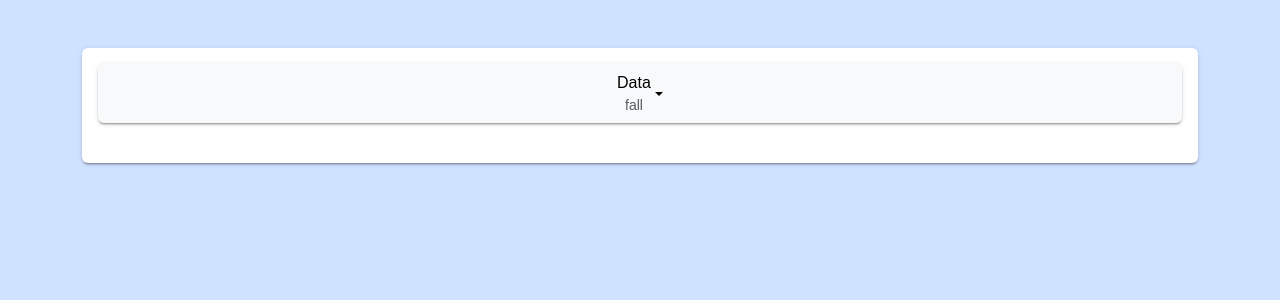
Repository: chancellor-w-whitaker/trying-context
Page: /
The author's editor kept a copy of each file at every save. The page is drawn from the files as they stood at one save, then again after the next save.
The browser window is 1280 px wide. The pictures show the whole page.
The page's requests for data from a server got no answer. Some web fonts or font styles are not loaded; a fallback is used. The project was rebuilt for these pictures with package versions that can differ from the ones it lists, and the page was loaded fresh each time. No one was signed in, and anything a server would have sent is missing. Also part of the build but not shown: vite.config.js.

Above is the page before, as saved 2024-01-14 16:13:02.

### src/main.jsx
// Bootstrap Bundle JS
import "bootstrap/dist/js/bootstrap.bundle.min";
// Bootstrap CSS
import "bootstrap/dist/css/bootstrap.min.css";
import ReactDOM from "react-dom/client";
import React from "react";

import { AppContextProvider } from "./AppContextProvider.jsx";
import { Container } from "./components/Container.jsx";
import App from "./App.jsx";
import "./index.css";

ReactDOM.createRoot(document.getElementById("root")).render(
  <React.StrictMode>
    <Container>
      <AppContextProvider>
        <App />
      </AppContextProvider>
    </Container>
  </React.StrictMode>
);

### src/AppContextProvider.jsx
import { startTransition, useCallback, useState, useMemo } from "react";

import { comparePreviousColumnFilters } from "./functions/comparePreviousColumnFilters";
import { returnColsWithValuesAndType } from "./functions/returnColsWithValuesAndType";
import { buildRelevantColumnFilters } from "./functions/buildRelevantColumnFilters";
import { useBodyBgVariant } from "./hooks/useBodyBgVariant";
import { AppContext } from "./contexts/AppContext";
import { fileNames } from "./constants/fileNames";
import { useJSON } from "./hooks/useJSON";

export const AppContextProvider = ({ children }) => {
  const value = useProvideGlobally();

  return <AppContext.Provider value={value}>{children}</AppContext.Provider>;
};

const useProvideGlobally = () => {
  useBodyBgVariant("primary-subtle");

  const [fileName, setFileName] = useState(fileNames[0].id);
  const [columnFilters, setColumnFilters] = useState({});

  const onFileChange = useCallback(
    ({ target: { value } }) => startTransition(() => setFileName(value)),
    [setFileName]
  );

  const onColumnFilterChange = useCallback(
    ({ target: { name: field, value } }) =>
      startTransition(() =>
        setColumnFilters((previousState) => {
          // destructure top object (looks like { field1: {}, field2: {}, ... })
          const nextState = { ...previousState };
          // destructure field object (looks like { checklist: {}, relevant })
          nextState[field] = { ...nextState[field] };
          // destructure checklist (looks like { value1: {}, value2: {}, ... })
          nextState[field].checklist = { ...nextState[field].checklist };

          const { relevant, checked } = nextState[field].checklist[value];
          // create new object for value and flip checked state
          nextState[field].checklist[value] = { checked: !checked, relevant };

          return nextState;
        })
      ),
    []
  );

  const onBeforeEnd = useCallback((json, setResult) => {
    const columns = returnColsWithValuesAndType(json);

    setColumnFilters((previousColumnFilters) => {
      const relevantColumnFilters = buildRelevantColumnFilters(columns);

      comparePreviousColumnFilters(
        previousColumnFilters,
        relevantColumnFilters
      );

      return relevantColumnFilters;
    });

    // object that maps key (field) to checklist
    // checklist: { type, list }
    // field (string)
    // type (string) ("checkbox" or "radio")
    // list: [{}, {}, {}] (or what about an object that maps value to item state? that might solve indexing issues deriving from managing arrays in state)
    // list element: { value, checked, disabled (or relevant, or just something to describe relevance to dataset) }

    // in the future, may need something to describe relevance to filtered dataset
    // remember, this operation doesn't have to be run until you close (or maybe even open) a checklist
    // and what about sorting a list by relevance when opening a checklist? should this be a stateful or visual operation?
    // making it stateful would probably make updating the state of the item easier because the item's index in the list wouldn't change

    setResult(json);
  }, []);

  const data = useJSON(`data/${fileName}.json`, onBeforeEnd);

  const dropdownMenuStyle = useMemo(() => ({ maxHeight: 300 }), []);

  return {
    onColumnFilterChange,
    dropdownMenuStyle,
    columnFilters,
    onFileChange,
    fileName,
    data,
  };
};

### src/components/Container.jsx
export const Container = ({ children }) => {
  return (
    <>
      <main className="container">
        <div className="my-3 p-3 bg-body rounded shadow-sm">{children}</div>
      </main>
    </>
  );
};

### src/App.jsx
import {
  DropdownButton,
  ListGroupItem,
  DropdownMenu,
  ListGroup,
  Dropdown,
} from "./components/ListComps";
import { useAppContext } from "./hooks/useAppContext";
import { toTitleCase } from "./functions/toTitleCase";
import { fileNames } from "./constants/fileNames";
import "./App.css";

const App = () => {
  const {
    onColumnFilterChange,
    dropdownMenuStyle,
    columnFilters,
    onFileChange,
    fileName,
  } = useAppContext();

  return (
    <>
      <div className="d-flex flex-column gap-4">
        <div className="d-flex flex-wrap gap-3">
          <Dropdown className="col">
            <DropdownButton
              className="w-100 shadow-sm d-flex align-items-center justify-content-center"
              data-bs-auto-close="outside"
              variant="light"
            >
              <span>
                Data
                <small className="d-block text-body-secondary">
                  {fileName}
                </small>
              </span>
            </DropdownButton>
            <DropdownMenu
              className="shadow-sm overflow-y-scroll"
              style={dropdownMenuStyle}
            >
              <ListGroup className="list-group-flush">
                {fileNames.map(({ displayName, id }) => (
                  <ListGroupItem
                    checked={id === fileName}
                    onChange={onFileChange}
                    className="border-0"
                    type="radio"
                    name="file"
                    value={id}
                    key={id}
                  >
                    {displayName}
                  </ListGroupItem>
                ))}
              </ListGroup>
            </DropdownMenu>
          </Dropdown>
        </div>
        <div className="d-flex flex-wrap gap-3">
          {Object.entries(columnFilters).map(
            ([field, { relevant: fieldRelevance, checklist }]) =>
              fieldRelevance && (
                <Dropdown className="col" key={field}>
                  <DropdownButton
                    className="w-100 shadow-sm d-flex align-items-center justify-content-center"
                    data-bs-auto-close="outside"
                    variant="light"
                  >
                    {toTitleCase(field)}
                  </DropdownButton>
                  <DropdownMenu
                    className="shadow-sm overflow-y-scroll"
                    style={dropdownMenuStyle}
                  >
                    <ListGroup className="list-group-flush">
                      {Object.entries(checklist).map(
                        ([value, { relevant: valueRelevance, checked }]) => (
                          <ListGroupItem
                            className={`border-0${
                              !valueRelevance ? " opacity-50" : ""
                            }`}
                            onChange={onColumnFilterChange}
                            checked={checked}
                            type="checkbox"
                            value={value}
                            name={field}
                            key={value}
                          >
                            {value}
                          </ListGroupItem>
                        )
                      )}
                    </ListGroup>
                  </DropdownMenu>
                </Dropdown>
              )
          )}
        </div>
      </div>
    </>
  );
};

export default App;

### src/index.css
@font-face {
  font-family: poppins;
  font-style: normal;
  font-weight: 400;
  src: local("Poppins"),
    url(https://fonts.cdnfonts.com/s/16009/Poppins-Regular.woff) format("woff");
}
@font-face {
  font-family: poppins;
  font-style: normal;
  font-weight: 400;
  src: local("Poppins"),
    url(https://fonts.cdnfonts.com/s/16009/Poppins-Regular.woff) format("woff");
}
@font-face {
  font-family: poppins;
  font-style: italic;
  font-weight: 400;
  src: local("Poppins"),
    url(https://fonts.cdnfonts.com/s/16009/Poppins-Italic.woff) format("woff");
}
@font-face {
  font-family: poppins;
  font-style: italic;
  font-weight: 400;
  src: local("Poppins"),
    url(https://fonts.cdnfonts.com/s/16009/Poppins-Italic.woff) format("woff");
}
@font-face {
  font-family: poppins;
  font-style: normal;
  font-weight: 250;
  src: local("Poppins"),
    url(https://fonts.cdnfonts.com/s/16009/Poppins-Thin.woff) format("woff");
}
@font-face {
  font-family: poppins;
  font-style: normal;
  font-weight: 250;
  src: local("Poppins"),
    url(https://fonts.cdnfonts.com/s/16009/Poppins-Thin.woff) format("woff");
}
@font-face {
  font-family: poppins;
  font-style: italic;
  font-weight: 250;
  src: local("Poppins"),
    url(https://fonts.cdnfonts.com/s/16009/Poppins-ThinItalic.woff)
      format("woff");
}
@font-face {
  font-family: poppins;
  font-style: italic;
  font-weight: 250;
  src: local("Poppins"),
    url(https://fonts.cdnfonts.com/s/16009/Poppins-ThinItalic.woff)
      format("woff");
}
@font-face {
  font-family: poppins;
  font-style: normal;
  font-weight: 275;
  src: local("Poppins"),
    url(https://fonts.cdnfonts.com/s/16009/Poppins-ExtraLight.woff)
      format("woff");
}
@font-face {
  font-family: poppins;
  font-style: normal;
  font-weight: 275;
  src: local("Poppins"),
    url(https://fonts.cdnfonts.com/s/16009/Poppins-ExtraLight.woff)
      format("woff");
}
@font-face {
  font-family: poppins;
  font-style: italic;
  font-weight: 275;
  src: local("Poppins"),
    url(https://fonts.cdnfonts.com/s/16009/Poppins-ExtraLightItalic.woff)
      format("woff");
}
@font-face {
  font-family: poppins;
  font-style: italic;
  font-weight: 275;
  src: local("Poppins"),
    url(https://fonts.cdnfonts.com/s/16009/Poppins-ExtraLightItalic.woff)
      format("woff");
}
@font-face {
  font-family: poppins;
  font-style: normal;
  font-weight: 300;
  src: local("Poppins"),
    url(https://fonts.cdnfonts.com/s/16009/Poppins-Light.woff) format("woff");
}
@font-face {
  font-family: poppins;
  font-style: normal;
  font-weight: 300;
  src: local("Poppins"),
    url(https://fonts.cdnfonts.com/s/16009/Poppins-Light.woff) format("woff");
}
@font-face {
  font-family: poppins;
  font-style: italic;
  font-weight: 300;
  src: local("Poppins"),
    url(https://fonts.cdnfonts.com/s/16009/Poppins-LightItalic.woff)
      format("woff");
}
@font-face {
  font-family: poppins;
  font-style: italic;
  font-weight: 300;
  src: local("Poppins"),
    url(https://fonts.cdnfonts.com/s/16009/Poppins-LightItalic.woff)
      format("woff");
}
@font-face {
  font-family: poppins;
  font-style: normal;
  font-weight: 500;
  src: local("Poppins"),
    url(https://fonts.cdnfonts.com/s/16009/Poppins-Medium.woff) format("woff");
}
@font-face {
  font-family: poppins;
  font-style: normal;
  font-weight: 500;
  src: local("Poppins"),
    url(https://fonts.cdnfonts.com/s/16009/Poppins-Medium.woff) format("woff");
}
@font-face {
  font-family: poppins;
  font-style: italic;
  font-weight: 500;
  src: local("Poppins"),
    url(https://fonts.cdnfonts.com/s/16009/Poppins-MediumItalic.woff)
      format("woff");
}
@font-face {
  font-family: poppins;
  font-style: italic;
  font-weight: 500;
  src: local("Poppins"),
    url(https://fonts.cdnfonts.com/s/16009/Poppins-MediumItalic.woff)
      format("woff");
}
@font-face {
  font-family: poppins;
  font-style: normal;
  font-weight: 600;
  src: local("Poppins"),
    url(https://fonts.cdnfonts.com/s/16009/Poppins-SemiBold.woff) format("woff");
}
@font-face {
  font-family: poppins;
  font-style: normal;
  font-weight: 600;
  src: local("Poppins"),
    url(https://fonts.cdnfonts.com/s/16009/Poppins-SemiBold.woff) format("woff");
}
@font-face {
  font-family: poppins;
  font-style: italic;
  font-weight: 600;
  src: local("Poppins"),
    url(https://fonts.cdnfonts.com/s/16009/Poppins-SemiBoldItalic.woff)
      format("woff");
}
@font-face {
  font-family: poppins;
  font-style: italic;
  font-weight: 600;
  src: local("Poppins"),
    url(https://fonts.cdnfonts.com/s/16009/Poppins-SemiBoldItalic.woff)
      format("woff");
}
@font-face {
  font-family: poppins;
  font-style: normal;
  font-weight: 700;
  src: local("Poppins"),
    url(https://fonts.cdnfonts.com/s/16009/Poppins-Bold.woff) format("woff");
}
@font-face {
  font-family: poppins;
  font-style: normal;
  font-weight: 700;
  src: local("Poppins"),
    url(https://fonts.cdnfonts.com/s/16009/Poppins-Bold.woff) format("woff");
}
@font-face {
  font-family: poppins;
  font-style: italic;
  font-weight: 700;
  src: local("Poppins"),
    url(https://fonts.cdnfonts.com/s/16009/Poppins-BoldItalic.woff)
      format("woff");
}
@font-face {
  font-family: poppins;
  font-style: italic;
  font-weight: 700;
  src: local("Poppins"),
    url(https://fonts.cdnfonts.com/s/16009/Poppins-BoldItalic.woff)
      format("woff");
}
@font-face {
  font-family: poppins;
  font-style: normal;
  font-weight: 800;
  src: local("Poppins"),
    url(https://fonts.cdnfonts.com/s/16009/Poppins-ExtraBold.woff)
      format("woff");
}
@font-face {
  font-family: poppins;
  font-style: normal;
  font-weight: 800;
  src: local("Poppins"),
    url(https://fonts.cdnfonts.com/s/16009/Poppins-ExtraBold.woff)
      format("woff");
}
@font-face {
  font-family: poppins;
  font-style: italic;
  font-weight: 800;
  src: local("Poppins"),
    url(https://fonts.cdnfonts.com/s/16009/Poppins-ExtraBoldItalic.woff)
      format("woff");
}
@font-face {
  font-family: poppins;
  font-style: italic;
  font-weight: 800;
  src: local("Poppins"),
    url(https://fonts.cdnfonts.com/s/16009/Poppins-ExtraBoldItalic.woff)
      format("woff");
}
@font-face {
  font-family: poppins;
  font-style: normal;
  font-weight: 900;
  src: local("Poppins"),
    url(https://fonts.cdnfonts.com/s/16009/Poppins-Black.woff) format("woff");
}
@font-face {
  font-family: poppins;
  font-style: normal;
  font-weight: 900;
  src: local("Poppins"),
    url(https://fonts.cdnfonts.com/s/16009/Poppins-Black.woff) format("woff");
}
@font-face {
  font-family: poppins;
  font-style: italic;
  font-weight: 900;
  src: local("Poppins"),
    url(https://fonts.cdnfonts.com/s/16009/Poppins-BlackItalic.woff)
      format("woff");
}
@font-face {
  font-family: poppins;
  font-style: italic;
  font-weight: 900;
  src: local("Poppins"),
    url(https://fonts.cdnfonts.com/s/16009/Poppins-BlackItalic.woff)
      format("woff");
}

:root,
[data-bs-theme="light"] {
  --bs-font-sans-serif: "Poppins", sans-serif;

  --bs-box-shadow: 0px 3px 3px -2px rgba(0, 0, 0, 0.2),
    0px 3px 4px 0px rgba(0, 0, 0, 0.14), 0px 1px 8px 0px rgba(0, 0, 0, 0.12);
  --bs-box-shadow-sm: 0px 3px 1px -2px rgba(0, 0, 0, 0.2),
    0px 2px 2px 0px rgba(0, 0, 0, 0.14), 0px 1px 5px 0px rgba(0, 0, 0, 0.12);
  --bs-box-shadow-lg: 0px 2px 4px -1px rgba(0, 0, 0, 0.2),
    0px 4px 5px 0px rgba(0, 0, 0, 0.14), 0px 1px 10px 0px rgba(0, 0, 0, 0.12);
}

body {
  overflow-y: scroll;
}

### src/functions/comparePreviousColumnFilters.js
export const comparePreviousColumnFilters = (previousState, nextState) => {
  Object.entries(previousState).forEach(([field, { checklist }]) => {
    if (!(field in nextState)) {
      nextState[field] = {
        checklist: Object.fromEntries(
          Object.entries(checklist).map(([value, { checked }]) => [
            value,
            { relevant: false, checked },
          ])
        ),
        relevant: false,
      };
    } else {
      Object.entries(checklist).forEach(([value, { checked }]) => {
        const nextChecklist = nextState[field].checklist;

        if (value in nextChecklist) {
          nextChecklist[value].checked = checked;
        } else {
          nextChecklist[value] = { relevant: false, checked };
        }
      });
    }
  });
};

### src/functions/returnColsWithValuesAndType.js
const loopDataAndDeriveColProperties = (data) => {
  const fieldToColumn = {};

  data.forEach((row) => {
    Object.keys(row).forEach((field) => {
      if (!(field in fieldToColumn)) {
        fieldToColumn[field] = { values: new Set(), types: {} };
      }

      const { values, types } = fieldToColumn[field];

      const value = row[field];
      values.add(value);

      const type = typeof value;
      if (!(type in types)) types[type] = 0;
      types[type] += 1;
    });
  });

  return fieldToColumn;
};

export const returnColsWithValuesAndType = (data) => {
  const fieldToColumn = loopDataAndDeriveColProperties(data);

  return Object.entries(fieldToColumn).map(([field, { values, types }]) => ({
    type: Object.entries(types)
      .sort((arrA, arrB) => arrB[1] - arrA[1])
      .find(([type]) => type === "string" || type === "number")[0],
    values: [...values].sort(),
    field,
  }));
};

### src/functions/buildRelevantColumnFilters.js
export const buildRelevantColumnFilters = (columns) => {
  return Object.fromEntries(
    columns
      .filter(({ type }) => type === "string")
      .map(({ values, field }) => [
        field,
        {
          checklist: Object.fromEntries(
            values.map((value) => [value, { relevant: true, checked: true }])
          ),
          relevant: true,
        },
      ])
  );
};

### src/hooks/useBodyBgVariant.jsx
import { useEffect } from "react";

export const useBodyBgVariant = (variant) => {
  useEffect(() => {
    document.body.classList.add(`bg-${variant}`);

    return () => {
      document.body.classList.remove(`bg-${variant}`);
    };
  }, [variant]);
};

### src/constants/fileNames.js
export const fileNames = [
  { displayName: "Fall Enrollment", id: "fall" },
  { displayName: "Spring Enrollment", id: "spring" },
  { displayName: "Summer Enrollment", id: "summer" },
  { displayName: "Degrees Awarded", id: "degrees" },
  { displayName: "Retention Rates", id: "retention" },
  { displayName: "Graduation Rates", id: "graduation" },
  { displayName: "Credit Hours", id: "hours" },
];

### src/hooks/useJSON.jsx
import { useEffect } from "react";
import { useState } from "react";

export const useJSON = (url, onBeforeEnd) => {
  const [result, setResult] = useState(null);

  useEffect(() => {
    if (url) {
      let ignore = false;

      fetch(url)
        .then((response) => response.json())
        .then((json) => {
          if (!ignore) {
            typeof onBeforeEnd === "function"
              ? onBeforeEnd(json, setResult)
              : setResult(json);
          }
        });

      return () => {
        ignore = true;
      };
    }
  }, [url, onBeforeEnd]);

  return result;
};

### src/components/ListComps.jsx
import { memo } from "react";

export const Dropdown = ({ className = "", ...rest }) => {
  return (
    <>
      <div className={`dropdown ${className}`.trimEnd()} {...rest}></div>
    </>
  );
};

export const DropdownButton = memo(
  ({ variant = "secondary", className = "", ...rest }) => {
    return (
      <>
        <button
          className={`btn btn-${variant} dropdown-toggle ${className}`.trimEnd()}
          {...rest}
          data-bs-toggle="dropdown"
          aria-expanded="false"
          type="button"
        ></button>
      </>
    );
  }
);

DropdownButton.displayName = "DropdownButton";

export const DropdownMenu = ({ className = "", ...rest }) => {
  return (
    <>
      <ul className={`dropdown-menu ${className}`.trimEnd()} {...rest}></ul>
    </>
  );
};

export const ListGroup = ({ className = "", ...rest }) => {
  return (
    <>
      <div className={`list-group ${className}`.trimEnd()} {...rest}></div>
    </>
  );
};

export const ListGroupItem = memo(
  ({
    type = "checkbox",
    className = "",
    onChange,
    children,
    checked,
    value,
    name,
  }) => {
    return (
      <>
        <label
          className={`list-group-item d-flex gap-2 ${className}`.trimEnd()}
        >
          <input
            className="form-check-input flex-shrink-0"
            {...{ onChange, checked, value, type, name }}
          />
          <span>{children}</span>
        </label>
      </>
    );
  }
);

ListGroupItem.displayName = "ListGroupItem";

### src/hooks/useAppContext.jsx
import { useContext } from "react";

import { AppContext } from "../contexts/AppContext";

export const useAppContext = () => useContext(AppContext);

### src/functions/toTitleCase.js
import { Str } from "@supercharge/strings";

export const toTitleCase = (string) => Str(string).pascal().words().join(" ");

Loaded but not shown: index.html (common file); src/contexts/AppContext.jsx (common file); src/App.css (common file)

After the next save:
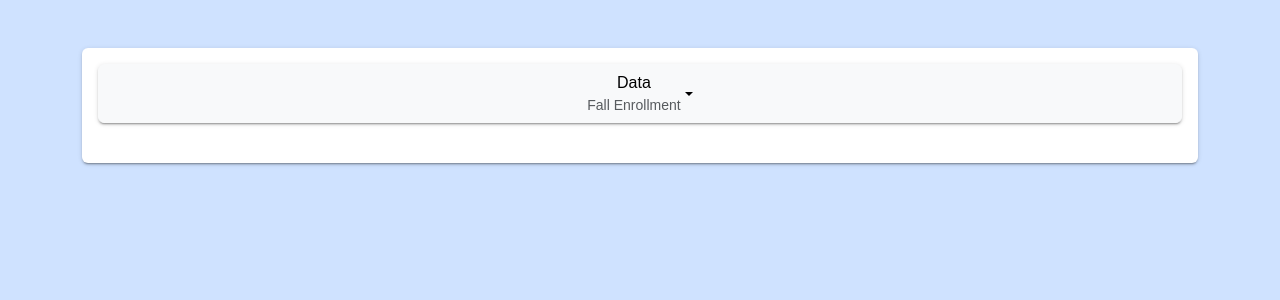
Saved 25 s later.
--- a/src/App.jsx
+++ b/src/App.jsx
@@ -32,7 +32,7 @@ const App = () => {
               <span>
                 Data
                 <small className="d-block text-body-secondary">
-                  {fileName}
+                  {fileNames.find(({ id }) => id === fileName).displayName}
                 </small>
               </span>
             </DropdownButton>
